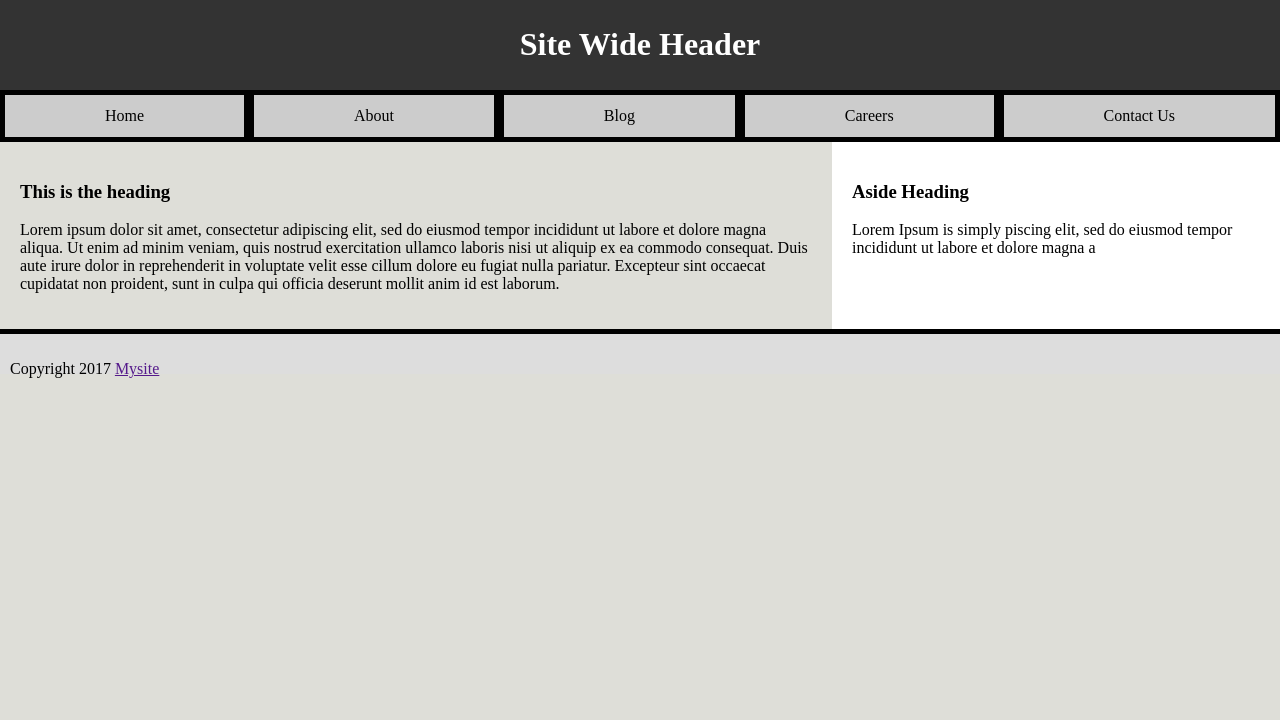
Repository: ayeza-baseer/AssignmentFlexbox
Page: assignment.html
These files come from the project's save history. The page is drawn as it stood at one moment and after the next save; the edit follows.
The browser window is 1280 px wide. The pictures show the whole page.

Above is the page before, as saved 2023-03-17 17:23:56.

### assignment.html
<!DOCTYPE html>
<html lang="en">
<head>
    <title>Assignment</title>
    <meta name="viewport" content="width=device-width, initial-scale=1, minimum-scale=1" />
    <link rel="stylesheet" href="assignment.css">


</head>
<body>
<div class="main-class">
    <header class="header"><h1>
        Site Wide Header
    </h1></header>
    <div class="navbar">
        <a href="#">Home</a>
        <a href="#">About</a>
        <a href="#">Blog</a>
        <a href="#">Careers</a>
        <a href="#">Contact Us</a>
      </div>
    <div class="row">
      <div class="main">
        <h3>This is the heading</h3>
        <p>Lorem ipsum dolor sit amet, consectetur adipiscing elit, sed do eiusmod tempor incididunt ut labore et dolore magna aliqua. Ut enim ad minim veniam, quis nostrud exercitation ullamco laboris nisi ut aliquip ex ea commodo consequat. Duis aute irure dolor in reprehenderit in voluptate velit esse cillum dolore eu fugiat nulla pariatur. Excepteur sint occaecat cupidatat non proident, sunt in culpa qui officia deserunt mollit anim id est laborum.</p>
      </div>
      <div class="aside">
        <h3>Aside Heading</h3>
        <p>Lorem Ipsum is simply  piscing elit, sed do eiusmod tempor incididunt ut labore et dolore magna a</p>
      </div>
    </div>






</div>
<footer class="footer">
    <p>Copyright 2017 <a href> Mysite</a></p>
</footer>



</body>
</html>

### assignment.css
.header {
    padding: 5px;
    background-color: #333;
    color: #ccc;
    order:1;
    text-align: center;

    color: white;
  }

  body {
    min-height: 100vh;
    margin: 0;
    background-color: #deded8;

  }
  .main-class{
    display: flex;
    flex-direction:column;
  }
  .navbar {
    display: flex;
    background-color: black;
    order:2;
  }

  .navbar a {
    color: black;

    background-color: #ccc;
    padding: 12px 12px;
    text-decoration: none;
    text-align: center;
    flex-grow: 1;
    border: 5px solid black;
  }

  .navbar a:hover {
    color: red;
    border: 5px solid red;
  }

  .row {
    display: flex;
    flex-wrap:wrap;
    order:3;
    height:100%;
  }

  .row > .aside {
      flex:30%;
    background-color: white;

    padding: 20px;
  }

  /* Main column */
  .row >.main {
     flex:60%;
    padding: 20px;
  }

  .footer {

      padding: 10px;
      border-top: 5px solid black;
      background: #ddd;
     height:20px;
     order:16;
    }




    @media only screen and (max-width: 425px) {
      .row > .aside {
          flex:1 1 100%
        }
        .row >.main {
          flex:1 1 100%;
          padding: 20px;
        }
        .navbar{
          order:10
        }
    }

After the next save:
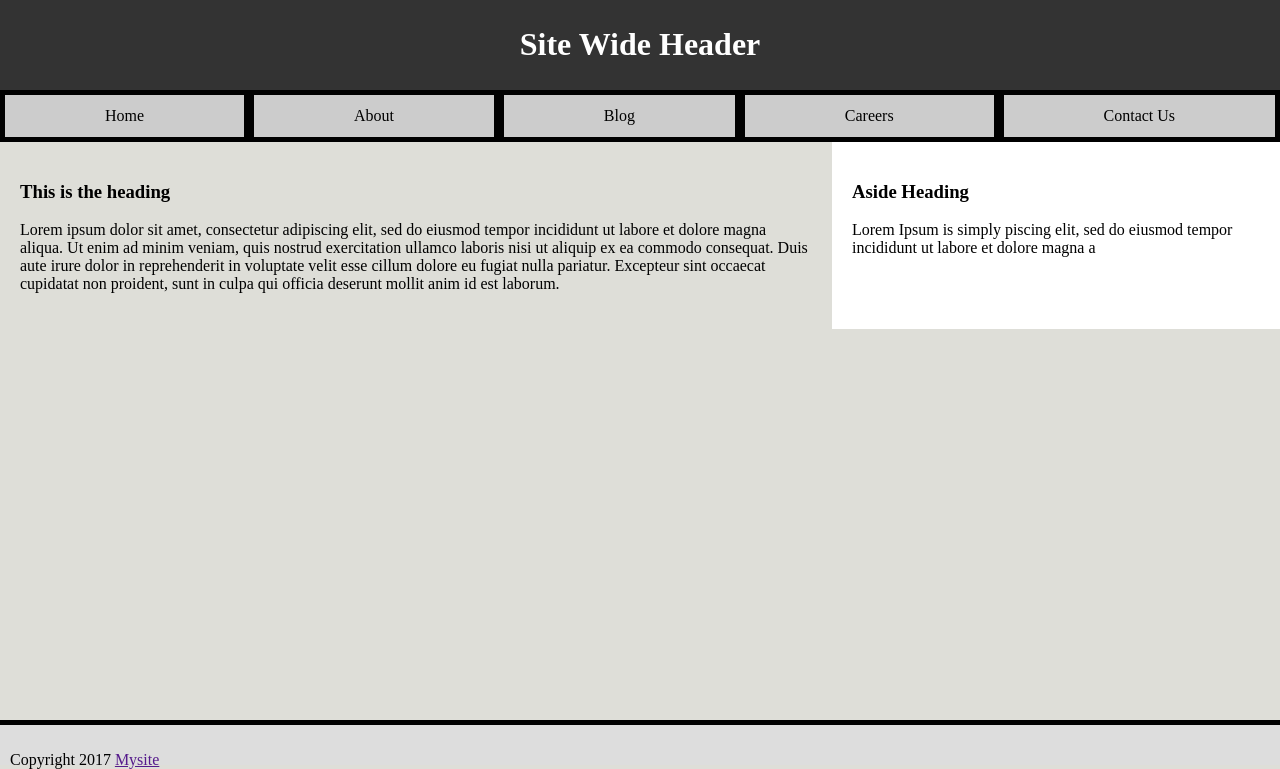
Saved 35 s later.
--- a/assignment.css
+++ b/assignment.css
@@ -9,12 +9,13 @@
   }
 
   body {
-    min-height: 100vh;
+
     margin: 0;
     background-color: #deded8;
 
   }
   .main-class{
+    min-height: 100vh;
     display: flex;
     flex-direction:column;
   }

After the save that followed:
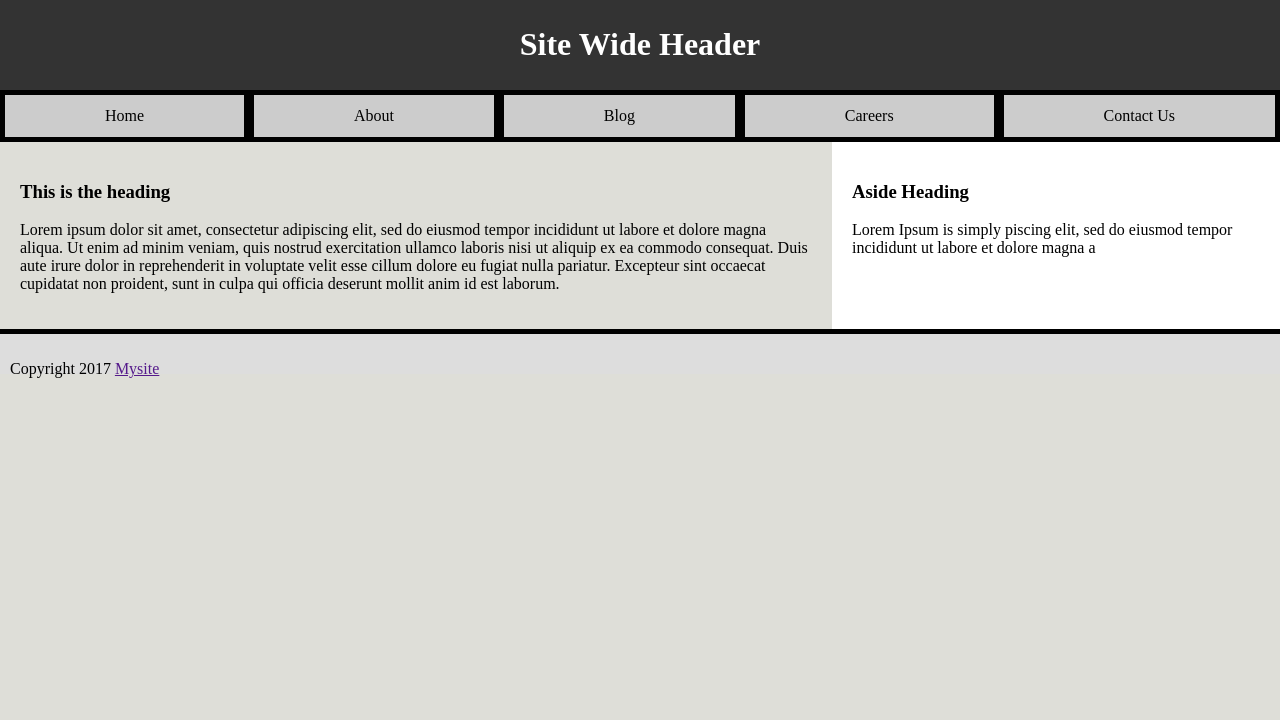
Saved 11 s later.
--- a/assignment.html
+++ b/assignment.html
@@ -33,12 +33,12 @@
 
 
 
-
+    <footer class="footer">
+        <p>Copyright 2017 <a href> Mysite</a></p>
+    </footer>
 
 </div>
-<footer class="footer">
-    <p>Copyright 2017 <a href> Mysite</a></p>
-</footer>
+
 
 
 
